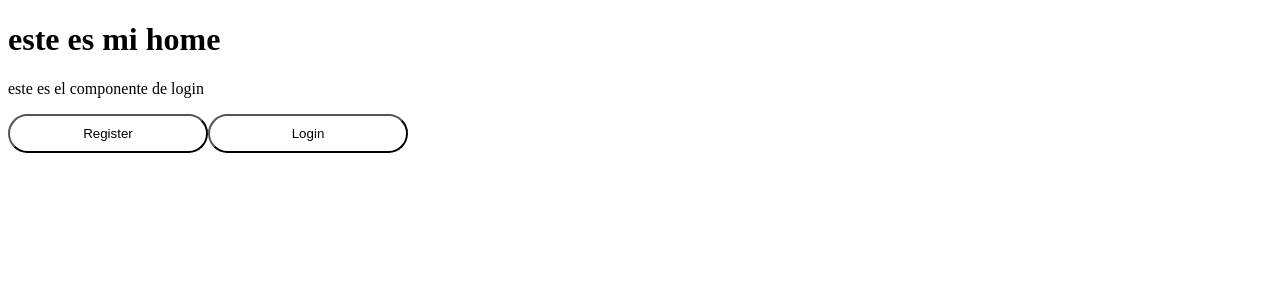
Repository: mauro8778/TurnoClinica
Page: / (app in front/vite-project/)
An editor plug-in stored every save of this project. The page is shown before and after the next save, followed by the edit.
The browser window is 1280 px wide. The pictures show the whole page.
The project was rebuilt for these pictures with package versions that can differ from the ones it lists, and the page was loaded fresh each time. Also part of the build but not shown: front/vite-project/vite.config.js.

Above is the page before, as saved 2024-04-12 09:28:36.

After the next save:
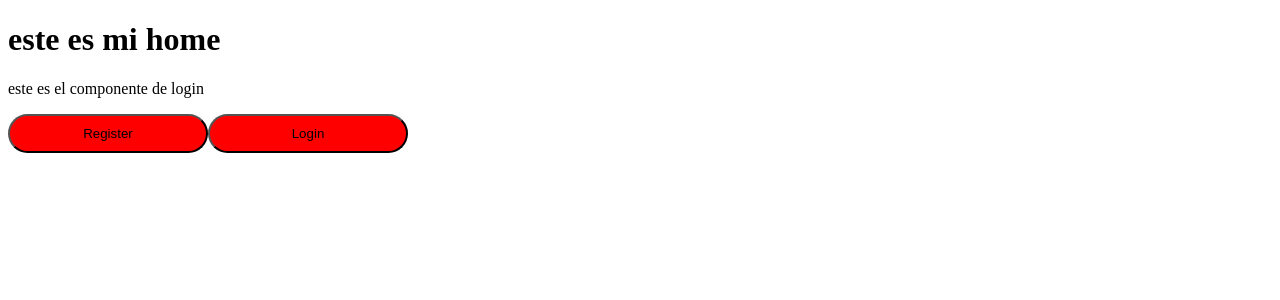
Saved 25 s later.
--- a/front/vite-project/src/components/button/customBottonStyled.jsx
+++ b/front/vite-project/src/components/button/customBottonStyled.jsx
@@ -4,6 +4,6 @@ export const CustomButton = styled.button`
 color: black;
 width: 200px;
 border-radius: 20px;
-background-color: white;
+background-color: red;
 padding: 10px;
 `
